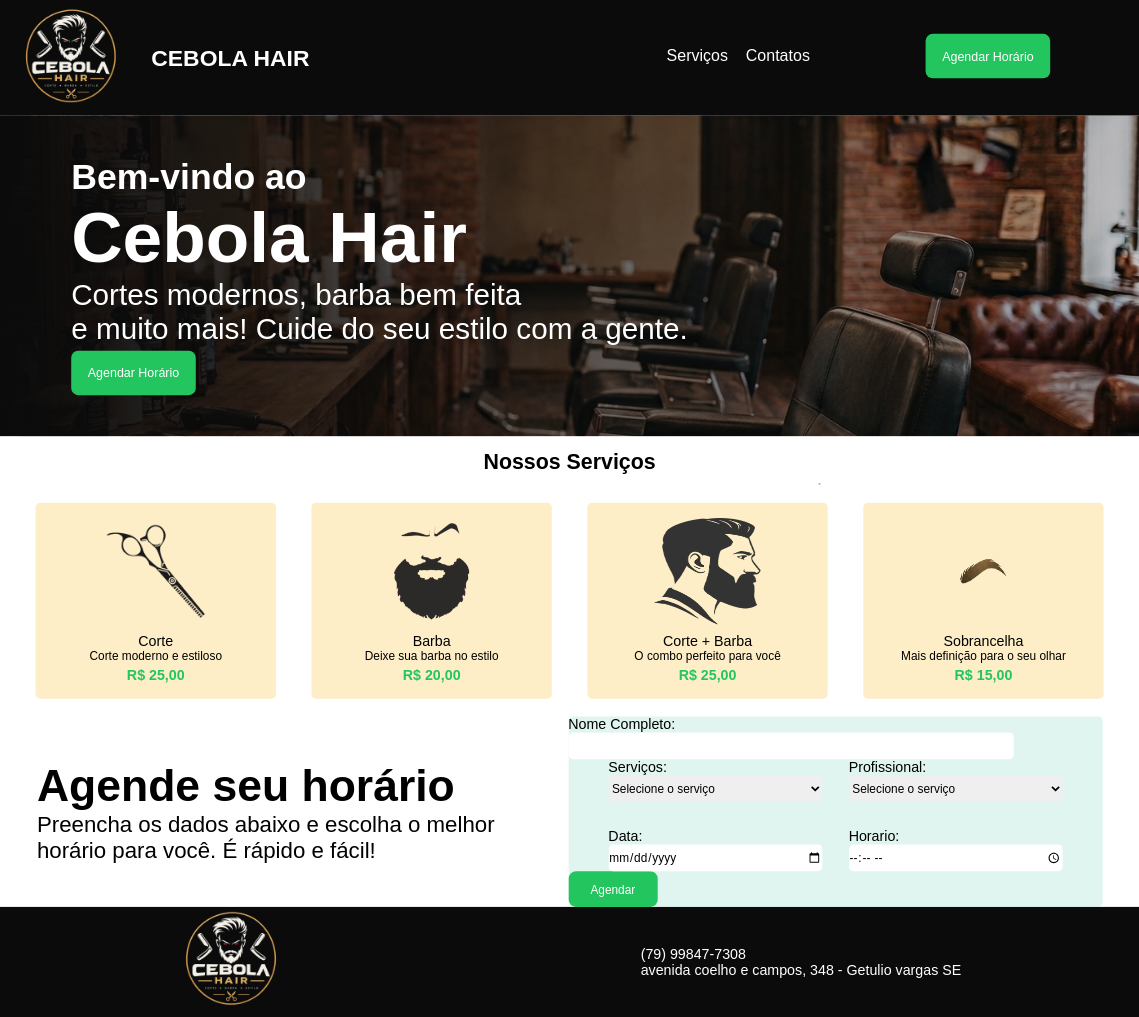
Repository: antonymsantana-design/final.activitie1
Page: index.html
These files come from the project's save history. The page is drawn as it stood at one moment and after a run of saves; the edit follows.
The browser window is 1280 px wide. The pictures show the whole page, at 89% of full size.

Above is the page before, as saved 2026-09-15 19:58:53.

After the next 5 saves:
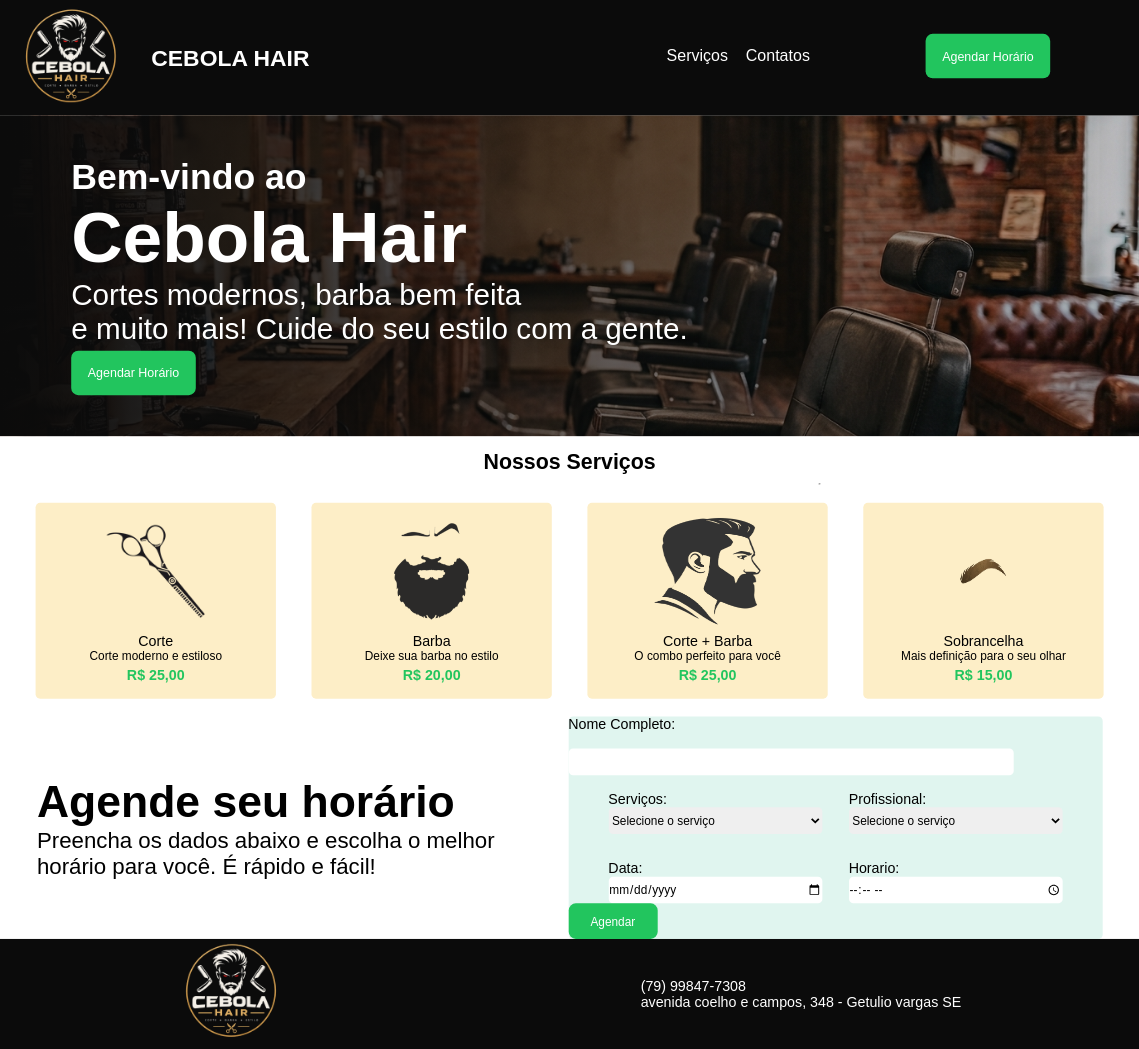
The 5 saves are shown as one change because they came seconds apart.
The last was saved 45 s later.
--- a/style.css
+++ b/style.css
@@ -171,6 +171,9 @@ hr {
     background-color: rgba(201, 238, 227, 0.568);
     width: 600px;
     border-radius: 5px;
+    display: flex;
+    justify-content: center;
+    flex-direction: column;
 }
 .quadrado{
     display: grid;
